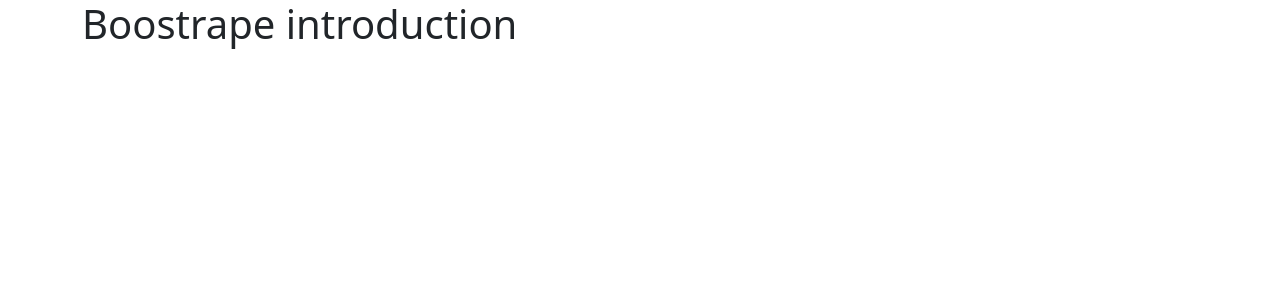
Repository: feyroozecode/meta_backed_dev_coursera
Page: intro-boostrape/index.html
An editor plug-in stored every save of this project. The page is shown before and after a run of saves, followed by the edit.
The browser window is 1280 px wide. The pictures show the whole page.

Above is the page before, as saved 2023-07-06 15:16:30.

### intro-boostrape/index.html
<!DOCTYPE html>
<html lang="en">
<head>
    <meta charset="UTF-8">
    <meta name="viewport" content="width=device-width, initial-scale=1.0">
    <link href="https://cdn.jsdelivr.net/npm/bootstrap@5.2.3/dist/css/bootstrap.min.css" rel="stylesheet"  />
    <title>Intro Boostrap</title>
</head>
<body>

    <div class="container bg-center ">
        <h1>
        Boostrape introduction
    </h1>

    <div>

    </div>

    </div>


    <script src="https://cdn.jsdelivr.net/npm/bootstrap@5.2.3/dist/js/bootstrap.min.js" integrity="sha384-cuYeSxntonz0PPNlHhBs68uyIAVpIIOZZ5JqeqvYYIcEL727kskC66kF92t6Xl2V" crossorigin="anonymous"></script>

</body>
</html>

After the next 2 saves:
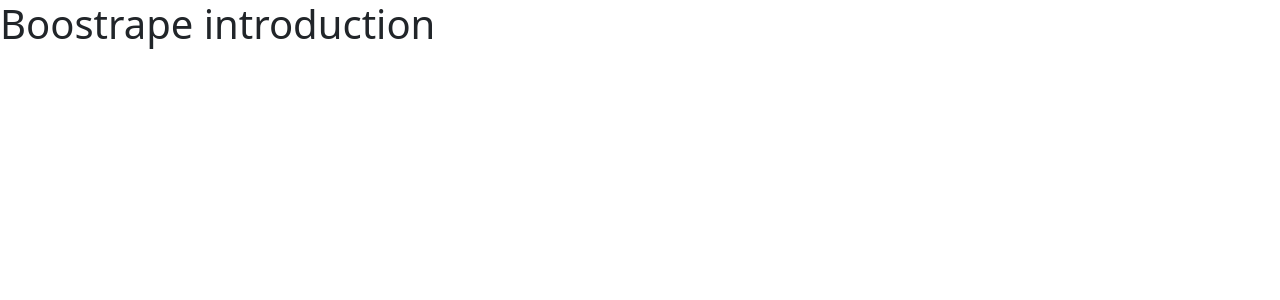
The 2 saves are shown as one change because they came seconds apart.
The last was saved 23 s later.
--- a/intro-boostrape/index.html
+++ b/intro-boostrape/index.html
@@ -8,7 +8,7 @@
 </head>
 <body>
 
-    <div class="container bg-center ">
+    <div>
         <h1>
         Boostrape introduction
     </h1>
